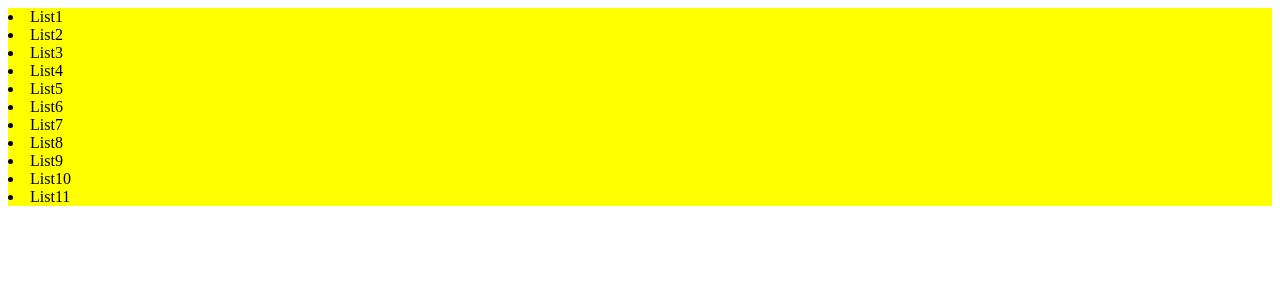
Repository: lixinso/html5
Page: workspace/CSS3/WebContent/selector/selector_checked.html
An editor plug-in stored every save of this project. The page is shown before and after the next save, followed by the edit.
The browser window is 1280 px wide. The pictures show the whole page.

Above is the page before, as saved 2011-05-27 14:57:15.

After the next save:
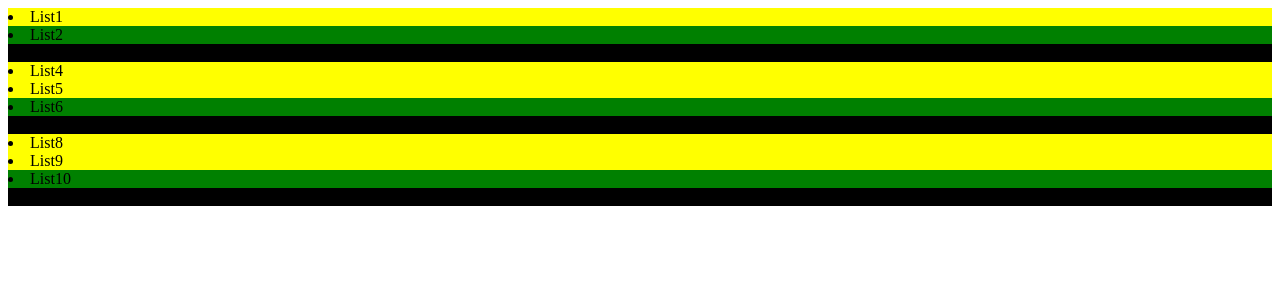
Saved 11 s later.
--- a/workspace/CSS3/WebContent/selector/selector_checked.html
+++ b/workspace/CSS3/WebContent/selector/selector_checked.html
@@ -11,11 +11,11 @@
 	}
 
 	li:nth-child(4n+2){
-		background-color: yellow;
+		background-color: green;
 	}
 
 	li:nth-child(4n+3){
-		background-color: yellow;
+		background-color: black;
 	}
 
 	li:nth-child(4n+4){
